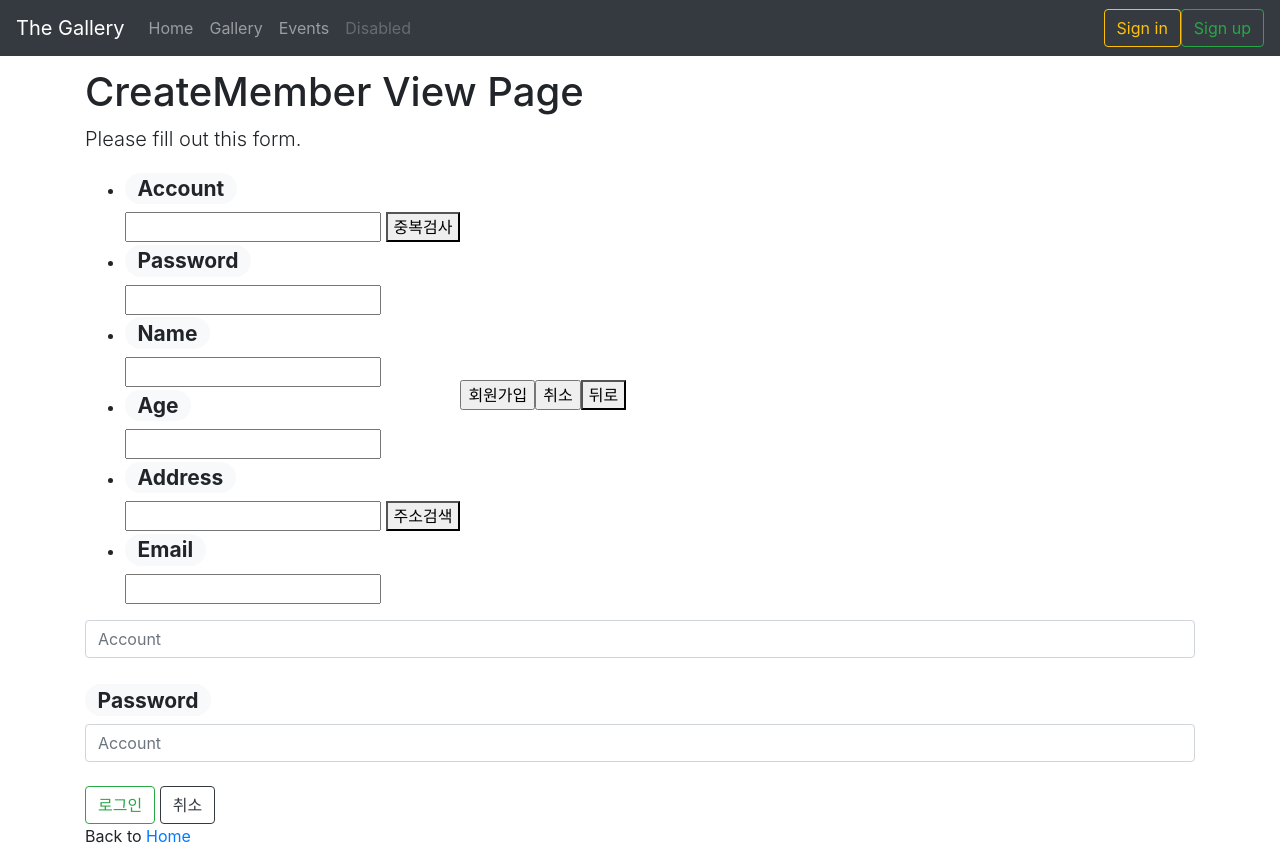
Repository: caramelsyrup/SpringProject1
Page: http://localhost/gallery/WEB-INF/views/member/createMember.jsp
These files come from the project's save history. The page is drawn as it stood at one moment and after the next save; the edit follows.
The browser window is 1280 px wide. The pictures show the whole page.
The page is served by Tomcat 9. Nobody is signed in. Other server files are loaded and not shown. The template is opened directly, without the code that normally fills it, so the values that code supplies are empty.

Above is the page before, as saved 2020-11-17 03:47:53.

### gallery/src/main/webapp/WEB-INF/views/member/createMember.jsp
<%@ page language="java" contentType="text/html; charset=UTF-8" pageEncoding="UTF-8"%>
<%@ include file="/resources/includes/header.jsp" %>
<!DOCTYPE html>
<html>
<head>
<meta charset="UTF-8">
<title>createMember Page</title>
</head>
<main role="main" class="flex-shrink-1" style="margin-top: 20px">
  <div class="container">
    <h1 class="mt-5">CreateMember View Page</h1>
    <p class="lead">Please fill out this form.</p>
    <form  class="form-inline mt-2 mt-md-0" action="/member/createMember" method="post" id="createForm">
		<ul>
			<li>
				<h3><span class="badge badge-pill badge-light">Account</span></h3>
				<!-- 회원 아이디, 시큐리티 떄문에 username으로 정함 -->
				<input type="text" name="username" id="username"/>
				<button type="button" id="btnIDchk">중복검사</button>
			</li>
			<li>
				<h3><span class="badge badge-pill badge-light">Password</span></h3>
				<!-- 회원 비밀번호 -->
				<input type="password" name="password" id="password"/>
			</li>
			<li>
				<h3><span class="badge badge-pill badge-light">Name</span></h3>
				<!-- 회원 이름 -->
				<input type="text" name="membername" id="membername"/>
			</li>
			<li>
				<h3><span class="badge badge-pill badge-light">Age</span></h3>
				<!-- 회원 나이 -->
				<input type="text" name="age" id="age"/>
			</li>
			<li>
				<h3><span class="badge badge-pill badge-light">Address</span></h3>
				<!-- 회원 주소 -->
				<input type="text" name="address" id="address"/>
				<button type="button" id="btnAddr">주소검색</button>
			</li>
			<li>
				<h3><span class="badge badge-pill badge-light">Email</span></h3>
				<!-- 회원 이메일주소 -->
				<input type="email" name="email" id="email"/>
			</li>
		</ul>
		<input type="button" id="btndoCreate" value="회원가입">
		<input type="reset" value="취소">
		<button type="button" onclick="history.back()">뒤로</button>
	</form>

        	<input class="form-control mr-sm-2" type="text" placeholder="Account" aria-label="Search" name="username" id="username"><br>
	    <h3><span class="badge badge-pill badge-light">Password</span></h3>
	    	<input class="form-control mr-sm-2" type="text" placeholder="Account" aria-label="Search" name="username" id="username"><br>
        <input class="btn btn-outline-success my-2 my-sm-0" type="button" id="btnLogin" value="로그인">
        <input class="btn btn-outline-dark my-2 my-sm-0" type="reset" value="취소">
   <p>Back to <a href="/">Home</a></p>
  </div>
  	<script src="/resources/js/member.js"></script>
</main>


</body>
</html>

### gallery/src/main/webapp/resources/includes/header.jsp
<%@ taglib prefix="c" uri="http://java.sun.com/jsp/jstl/core" %>
<!DOCTYPE html>
<html>
<head>
<meta charset="UTF-8">
    <meta charset="utf-8">
    <meta name="viewport" content="width=device-width, initial-scale=1, shrink-to-fit=no">
    <meta name="description" content="">
    <meta name="author" content="Mark Otto, Jacob Thornton, and Bootstrap contributors">
    <meta name="generator" content="Jekyll v4.1.1">
<script src="https://code.jquery.com/jquery-3.5.1.js" integrity="sha256-QWo7LDvxbWT2tbbQ97B53yJnYU3WhH/C8ycbRAkjPDc=" crossorigin="anonymous"></script>
<!-- Latest compiled and minified CSS -->
<link rel="stylesheet" href="https://stackpath.bootstrapcdn.com/bootstrap/4.5.2/css/bootstrap.min.css">
<!-- Latest compiled JavaScript -->
<script src="https://stackpath.bootstrapcdn.com/bootstrap/4.5.2/js/bootstrap.min.js"></script>
</head>
<!-- 최상단 -->
<body class="d-flex flex-column h-100">
    <header>
  <!-- Fixed navbar -->
  <nav class="navbar navbar-expand-md navbar-dark fixed-top bg-dark">
    <a class="navbar-brand" href="#">The Gallery</a>
    <button class="navbar-toggler" type="button" data-toggle="collapse" data-target="#navbarCollapse" aria-controls="navbarCollapse" aria-expanded="false" aria-label="Toggle navigation">
      <span class="navbar-toggler-icon"></span>
    </button>
    <div class="collapse navbar-collapse" id="navbarCollapse">
      <ul class="navbar-nav mr-auto">
        <li class="nav-item">
          <a class="nav-link" href="#">Home <!-- <span class="sr-only">(current)</span> --> </a>
        </li>
        <li class="nav-item">
          <a class="nav-link" href="#">Gallery</a>
        </li>
        <li class="nav-item">
          <a class="nav-link" href="#">Events</a>
        </li>
        <li class="nav-item">
	        <c:if test="${member.auth==0}">
	          <a class="nav-link" href="#">Info</a>
	        </c:if>
        </li>
        <li class="nav-item">
          <a class="nav-link disabled" href="#" tabindex="-1" aria-disabled="true">Disabled</a>
        </li>
      </ul>
       <c:choose>
       	<c:when test="${empty member.username}">
       		<a class="btn btn-outline-warning my-2 my-sm-0" href="/member/createMember">Sign in</a>
      		<a class="btn btn-outline-success my-2 my-sm-0" href="/customLogin">Sign up</a>
      	</c:when>
      	<c:otherwise>
        	<a class="btn btn-outline-success my-2 my-sm-0" href="/customLogout">Logout</a>
        </c:otherwise>
        </c:choose>
    </div>
  </nav>
</header>

Loaded but not shown: gallery/src/main/webapp/resources/js/member.js (no copy from this time; the picture is the same without it)

After the next save:
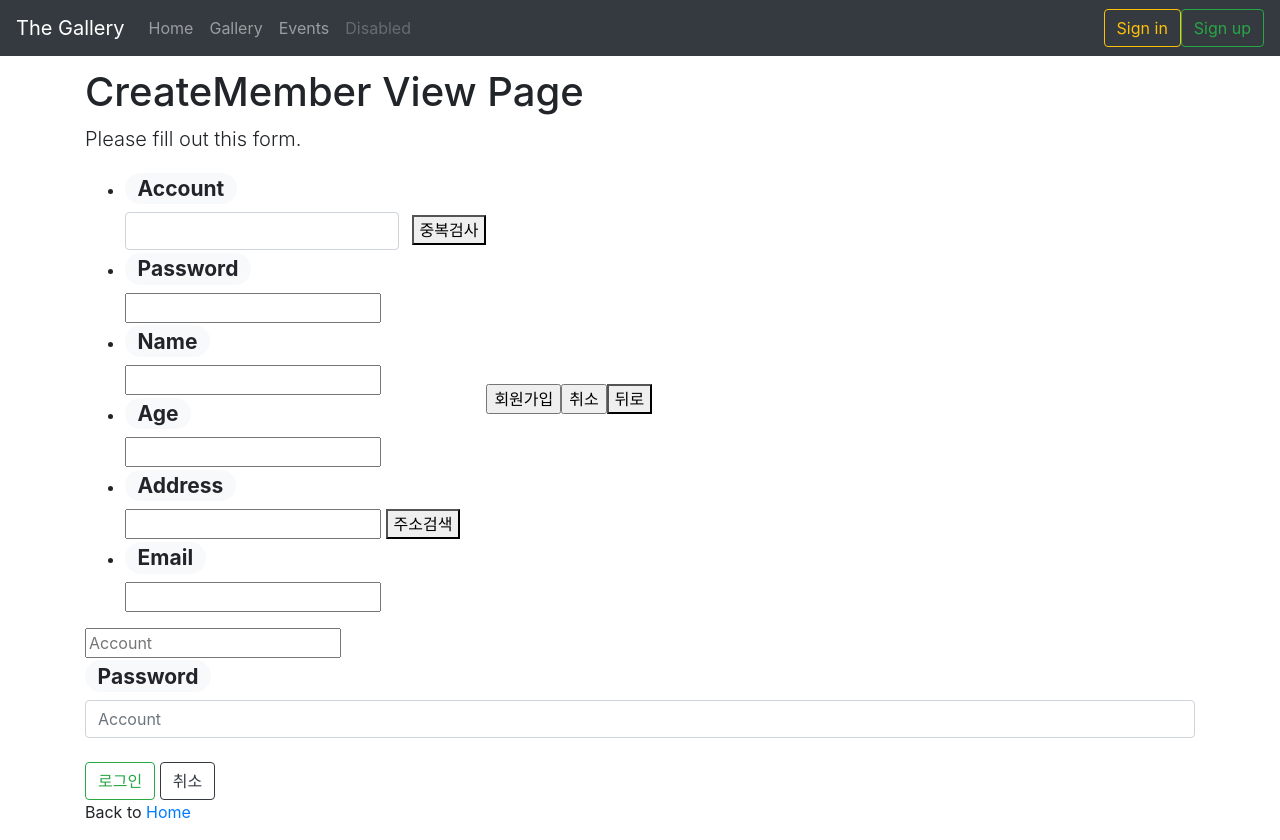
Saved 24 s later.
--- a/gallery/src/main/webapp/WEB-INF/views/member/createMember.jsp
+++ b/gallery/src/main/webapp/WEB-INF/views/member/createMember.jsp
@@ -15,7 +15,7 @@
 			<li>
 				<h3><span class="badge badge-pill badge-light">Account</span></h3>
 				<!-- 회원 아이디, 시큐리티 떄문에 username으로 정함 -->
-				<input type="text" name="username" id="username"/>
+				<input class="form-control mr-sm-2" type="text" name="username" id="username"/>
 				<button type="button" id="btnIDchk">중복검사</button>
 			</li>
 			<li>
@@ -50,7 +50,7 @@
 		<button type="button" onclick="history.back()">뒤로</button>
 	</form>
 
-        	<input class="form-control mr-sm-2" type="text" placeholder="Account" aria-label="Search" name="username" id="username"><br>
+        	<input  type="text" placeholder="Account" aria-label="Search" name="username" id="username"><br>
 	    <h3><span class="badge badge-pill badge-light">Password</span></h3>
 	    	<input class="form-control mr-sm-2" type="text" placeholder="Account" aria-label="Search" name="username" id="username"><br>
         <input class="btn btn-outline-success my-2 my-sm-0" type="button" id="btnLogin" value="로그인">
